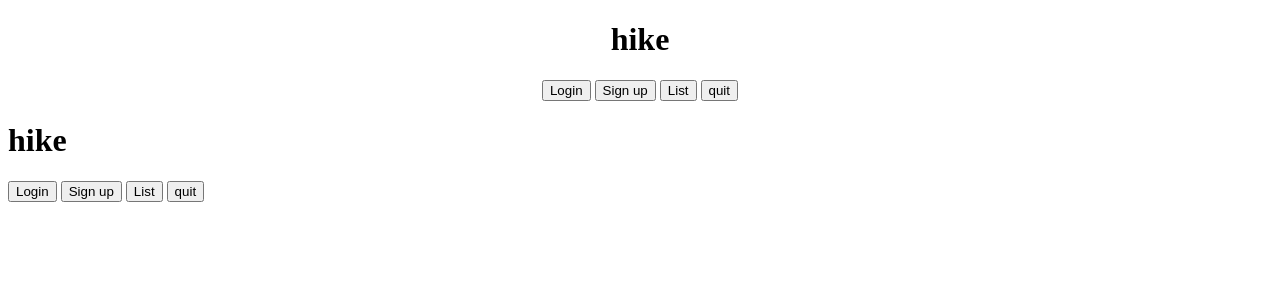
Repository: MorPhingG/JavaWeb
Page: http://localhost/Login/quit.jsp
An editor plug-in stored every save of this project. The page is shown before and after the next save, followed by the edit.
The browser window is 1280 px wide. The pictures show the whole page.
The page is served by Tomcat 9.

Above is the page before, as saved 2016-04-24 16:19:17.

### Login/WebContent/quit.jsp
<%@ page language="java" contentType="text/html; charset=UTF-8"
    pageEncoding="UTF-8"%>
<!DOCTYPE html PUBLIC "-//W3C//DTD HTML 4.01 Transitional//EN" "http://www.w3.org/TR/html4/loose.dtd">
<html>
<head>
<meta http-equiv="Content-Type" content="text/html; charset=UTF-8">
<title>Insert title here</title>
</head>
<body>
	<% session.invalidate(); %>
	<jsp:forward page="index.jsp">
	<jsp:param name="name" value="value"/>
	</jsp:forward>
</body>
</html>

### Login/WebContent/index.jsp
<%@ page language="java" contentType="text/html; charset=UTF-8"
    pageEncoding="UTF-8"%>
<!DOCTYPE html PUBLIC "-//W3C//DTD HTML 4.01 Transitional//EN" "http://www.w3.org/TR/html4/loose.dtd">
<html>
<head>
<meta http-equiv="Content-Type" content="text/html; charset=UTF-8">
<title>Insert title here</title>
</head>
<body>
<%

	String username = (String)session.getAttribute("username");
	if(username==null){%>
	<center>
    <h1>hike</h1>
 	<input type="button" value="Login" onClick="window.location.href='Login.jsp'">
 	<input type="button" value="Sign up" onClick="window.location.href='SignUp.jsp'">
    <input type="button" value="List" onClick="window.location.href='List.jsp'">
    <input type="button" value="quit" onClick="window.location.href='quit.jsp'">
    </center>
      <%}else{%>
		<center>Hello <%=username%>
		<input type="button" value="Sign up" onClick="window.location.href='SignUp.jsp'">
    	<input type="button" value="List" onClick="window.location.href='List.jsp'">
    	<input type="button" value="quit" onClick="window.location.href='quit.jsp'">
    	</center>
<%
}
%>
  	<h1>hike</h1>
 	<input type="button" value="Login" onClick="window.location.href='Login.jsp'">
 	<input type="button" value="Sign up" onClick="window.location.href='SignUp.jsp'">
    <input type="button" value="List" onClick="window.location.href='List.jsp'">
    <input type="button" value="quit" onClick="window.location.href='quit.jsp'">

</body>
</html>

After the next save:
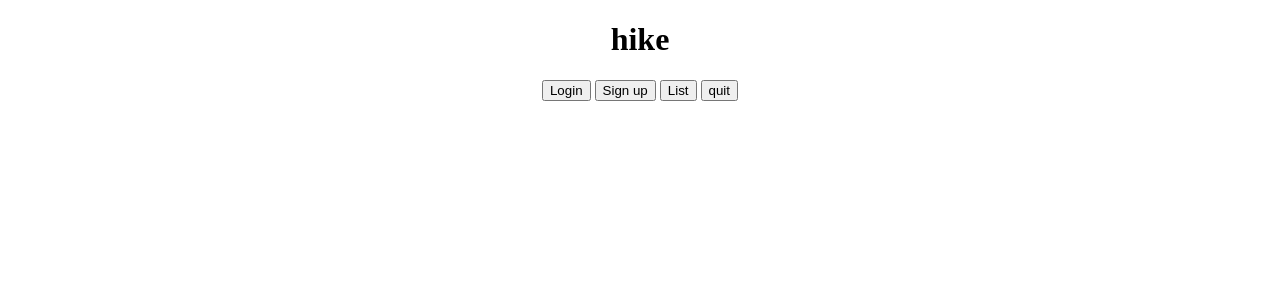
Saved 57 s later.
--- a/Login/WebContent/index.jsp
+++ b/Login/WebContent/index.jsp
@@ -27,11 +27,5 @@
 <%
 }
 %>
-  	<h1>hike</h1>
- 	<input type="button" value="Login" onClick="window.location.href='Login.jsp'">
- 	<input type="button" value="Sign up" onClick="window.location.href='SignUp.jsp'">
-    <input type="button" value="List" onClick="window.location.href='List.jsp'">
-    <input type="button" value="quit" onClick="window.location.href='quit.jsp'">
-
 </body>
 </html>
